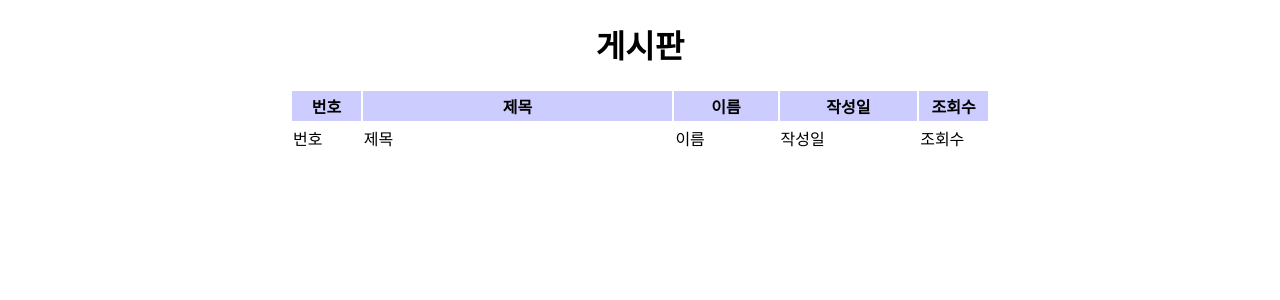
Repository: Rummikub/DBStudy
Page: HTML Project3/WebContent/html/list.html
An editor plug-in stored every save of this project. The page is shown before and after the next save, followed by the edit.
The browser window is 1280 px wide. The pictures show the whole page.

Above is the page before, as saved 2020-02-05 06:36:49.

After the next save:
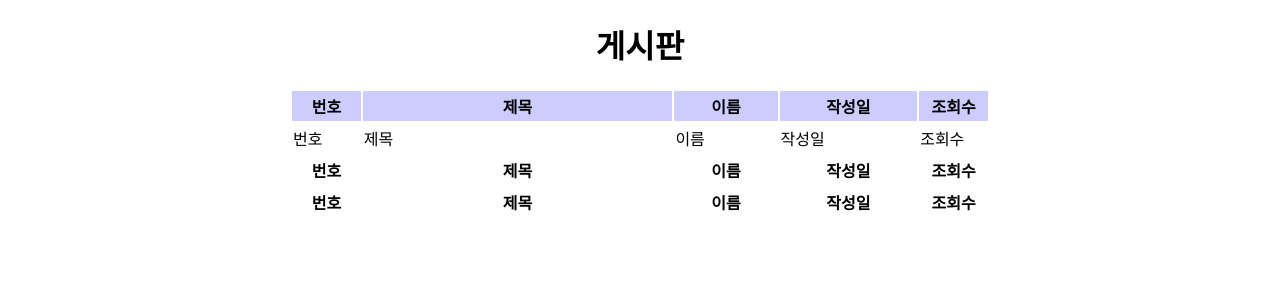
Saved 23 s later.
--- a/HTML Project3/WebContent/html/list.html
+++ b/HTML Project3/WebContent/html/list.html
@@ -22,6 +22,20 @@
 	   <td width=20%>작성일</td>
 	   <td width=10%>조회수</td>
 	  </tr>
+	  <tr height="30">
+	   <th width=10%>번호</th>
+	   <th width=45%>제목</th>
+	   <th width=15%>이름</th>
+	   <th width=20%>작성일</th>
+	   <th width=10%>조회수</th>
+	  </tr>
+	  <tr height="30">
+	   <th width=10%>번호</th>
+	   <th width=45%>제목</th>
+	   <th width=15%>이름</th>
+	   <th width=20%>작성일</th>
+	   <th width=10%>조회수</th>
+	  </tr>
 	 </table>
 	</center>
 </body>
